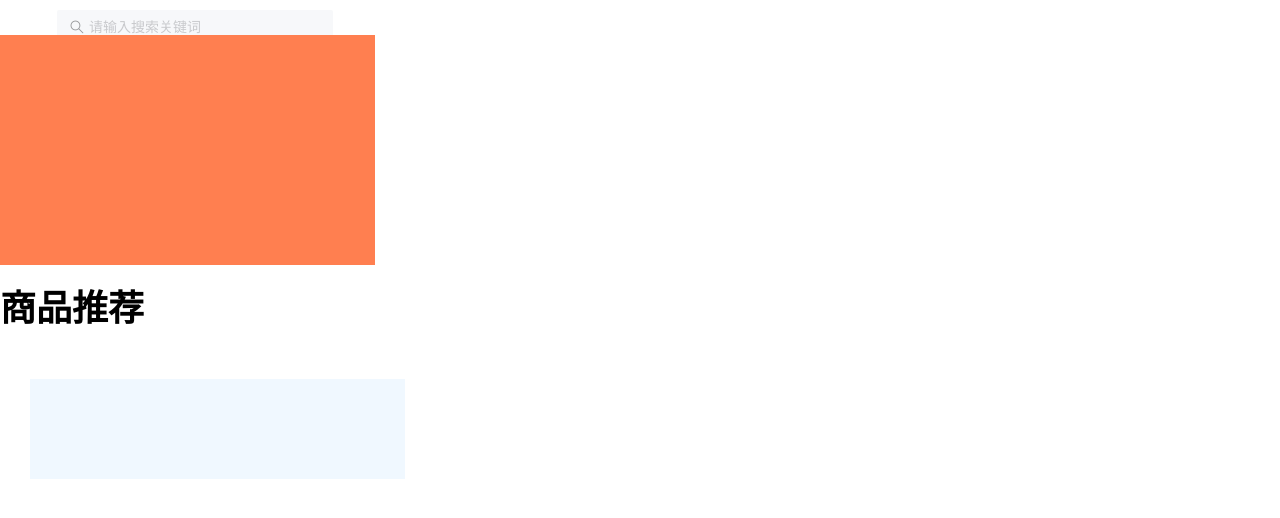
Repository: liyang777777/shangcheng
Page: /
The author's editor kept a copy of each file at every save. The page is drawn from the files as they stood at one save, then again after the next save.
The browser window is 1280 px wide. The pictures show the whole page.
The page's requests for data from a server got no answer. The project was rebuilt for these pictures with package versions that can differ from the ones it lists, and the page was loaded fresh each time. No one was signed in, and anything a server would have sent is missing. Also part of the build but not shown: vue.config.js. Imported but missing from the stored project, and not drawn on this page: src/views/About.

Above is the page before, as saved 2020-06-28 09:44:01.

After the next save:
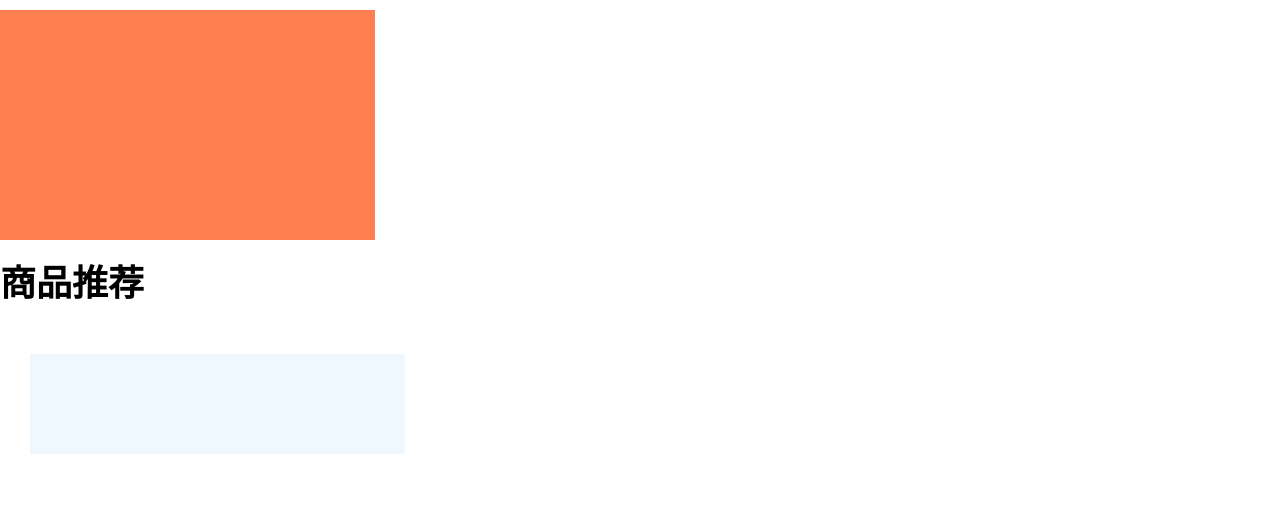
Saved 9 min 13 s later.
--- a/src/components/Nav.vue
+++ b/src/components/Nav.vue
@@ -1,9 +1,7 @@
 <template>
   <!-- 顶部 -->
   <div class="content">
-    <div class="box2">
-      <van-search v-model="value" placeholder="请输入搜索关键词" />
-    </div>
+
   </div>
 </template>
 
@@ -15,7 +13,7 @@ export default {
   components: {},
   data() {
     return {
-      value: ""
+
     };
   },
   methods: {},
@@ -26,10 +24,5 @@ export default {
 </script>
 
 <style scoped lang='scss'>
-.box2 {
-  width: 300px;
-  height: 25px;
-  margin-left: 45px;
-  font-size: 18px;
-}
+
 </style>
